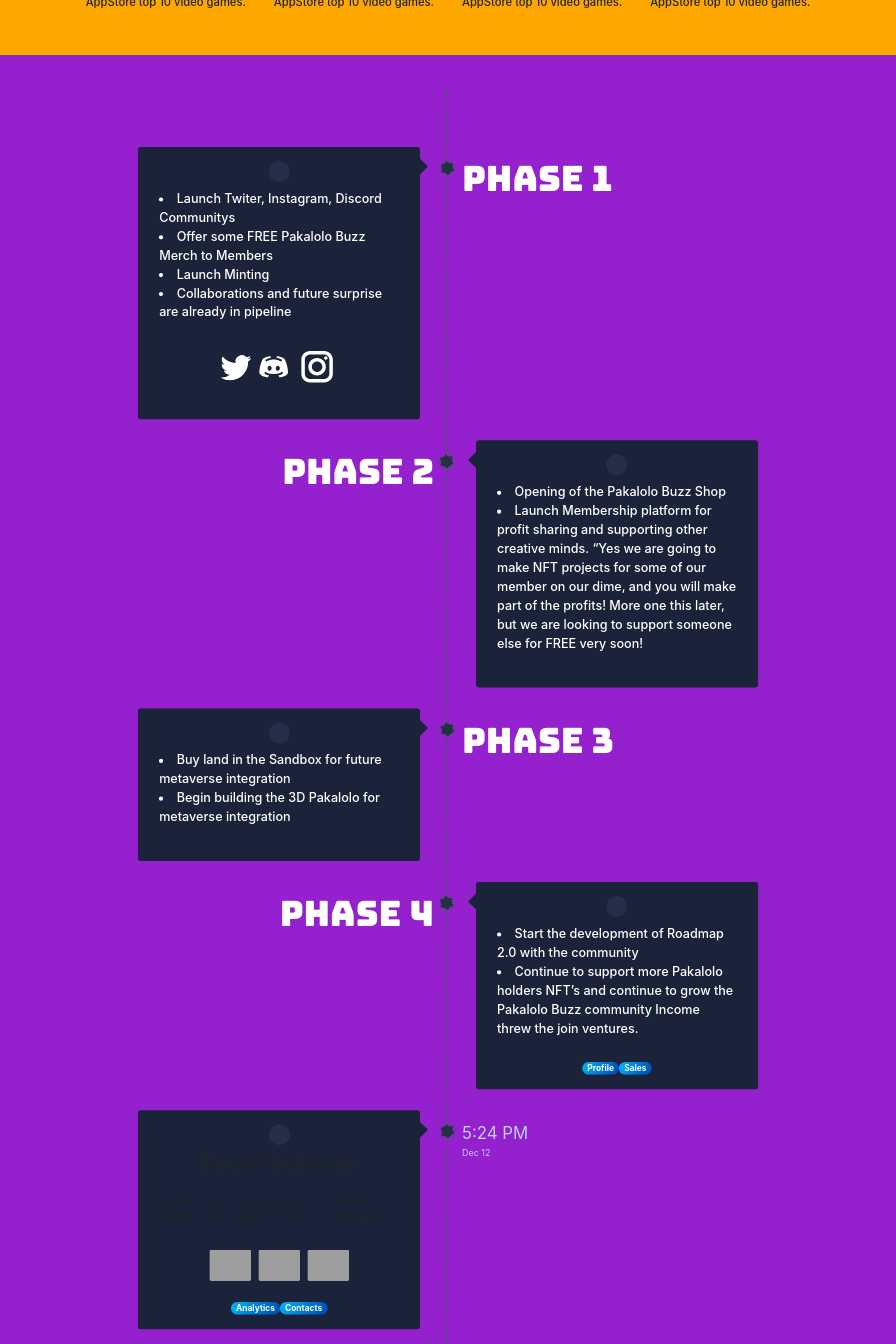
Repository: danishmahmoodawan/Pakalolo_buzz
Page: /
These files come from the project's save history. The page is drawn as it stood at one moment and after the next save; the edit follows.
The browser window is 1280 px wide. The pictures show the part of the page from y = 2790 to 4710 px (the page is 6762 px tall before and 6738 px after), at 70% of full size.
Pictures or frames that could not be fetched are drawn as grey boxes. The project was rebuilt for these pictures with package versions that can differ from the ones it lists, and the page was loaded fresh each time. Also part of the build but not shown: craco.config.js.

Above is the page before, as saved 2022-04-29 02:37:20.

After the next save:
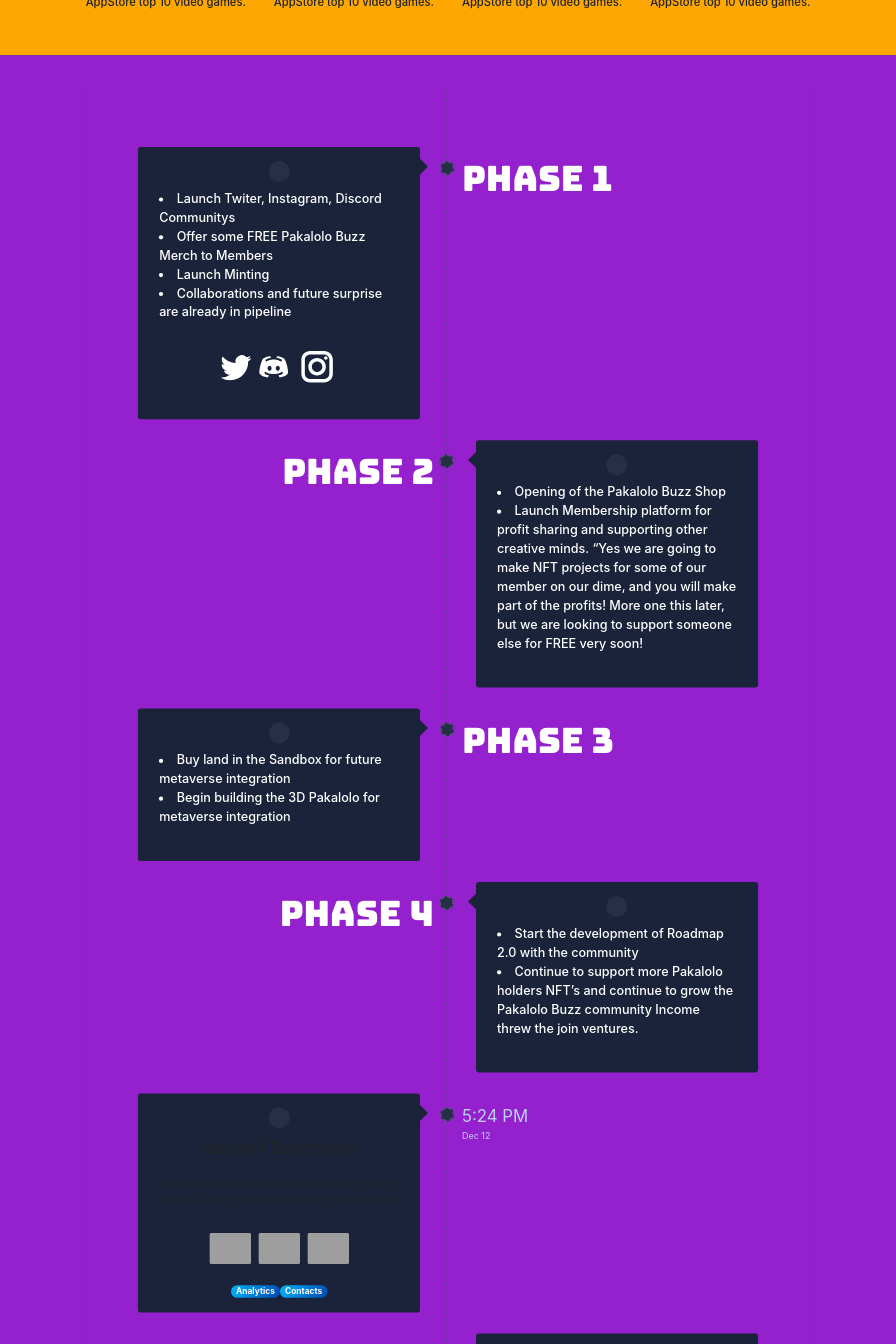
Saved 34 s later.
--- a/src/pages/Home.js
+++ b/src/pages/Home.js
@@ -242,10 +242,7 @@
 ventures.</li>
 
                 </p>
-				<div>
-					<span class="badge badge-pill">Profile</span>
-					<span class="badge badge-pill">Sales</span>
-				</div>
+
 			</div>
 		</div>
 
